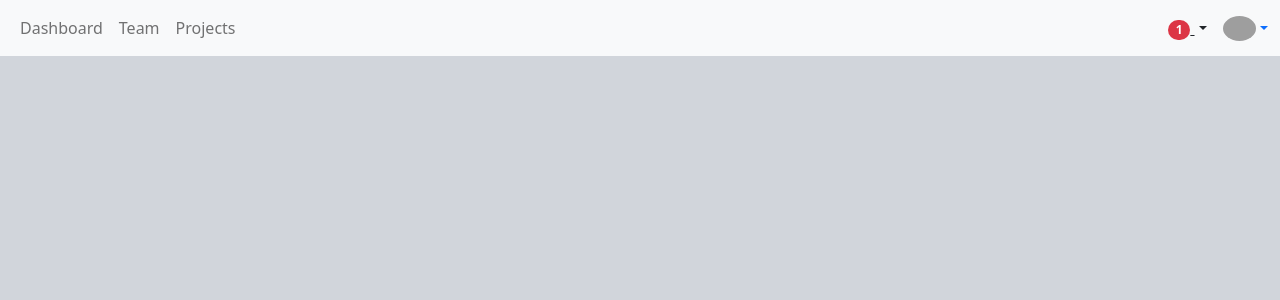
Repository: AlisaSkryp/photoblog
Page: index.html
The author's editor kept a copy of each file at every save. The page is drawn from the files as they stood at one save, then again after the next save.
The browser window is 1280 px wide. The pictures show the whole page.
Pictures or frames that could not be fetched are drawn as grey boxes.

Above is the page before, as saved 2023-04-09 18:42:01.

After the next save:
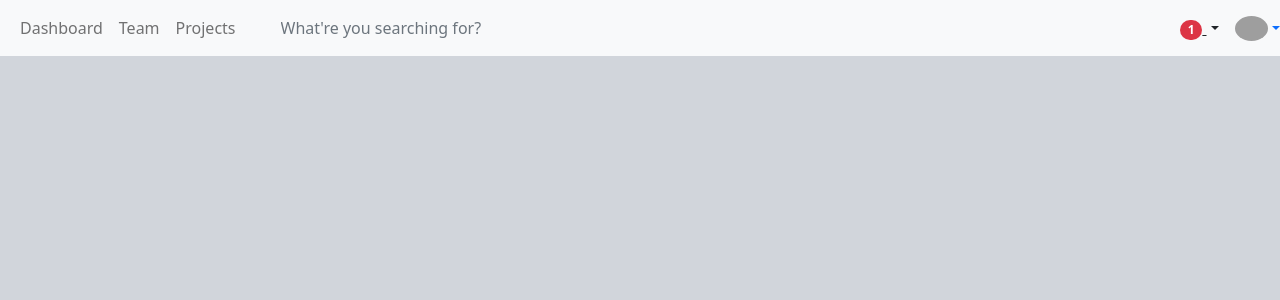
Saved 90 s later.
--- a/index.html
+++ b/index.html
@@ -46,7 +46,13 @@
       <!-- Left links -->
     </div>
     <!-- Collapsible wrapper -->
-
+		<div class="input-group">
+			<div class="input-group-prepend">
+				<button id="button-addon2" type="submit" class="btn btn-link text-warning"><i class="fa fa-search"></i></button>
+			</div>
+			<input type="search" placeholder="What're you searching for?" aria-describedby="button-addon2" class="form-control border-0 bg-light">
+		</div>
+	</div>
     <!-- Right elements -->
     <div class="d-flex align-items-center">
       <!-- Icon -->
